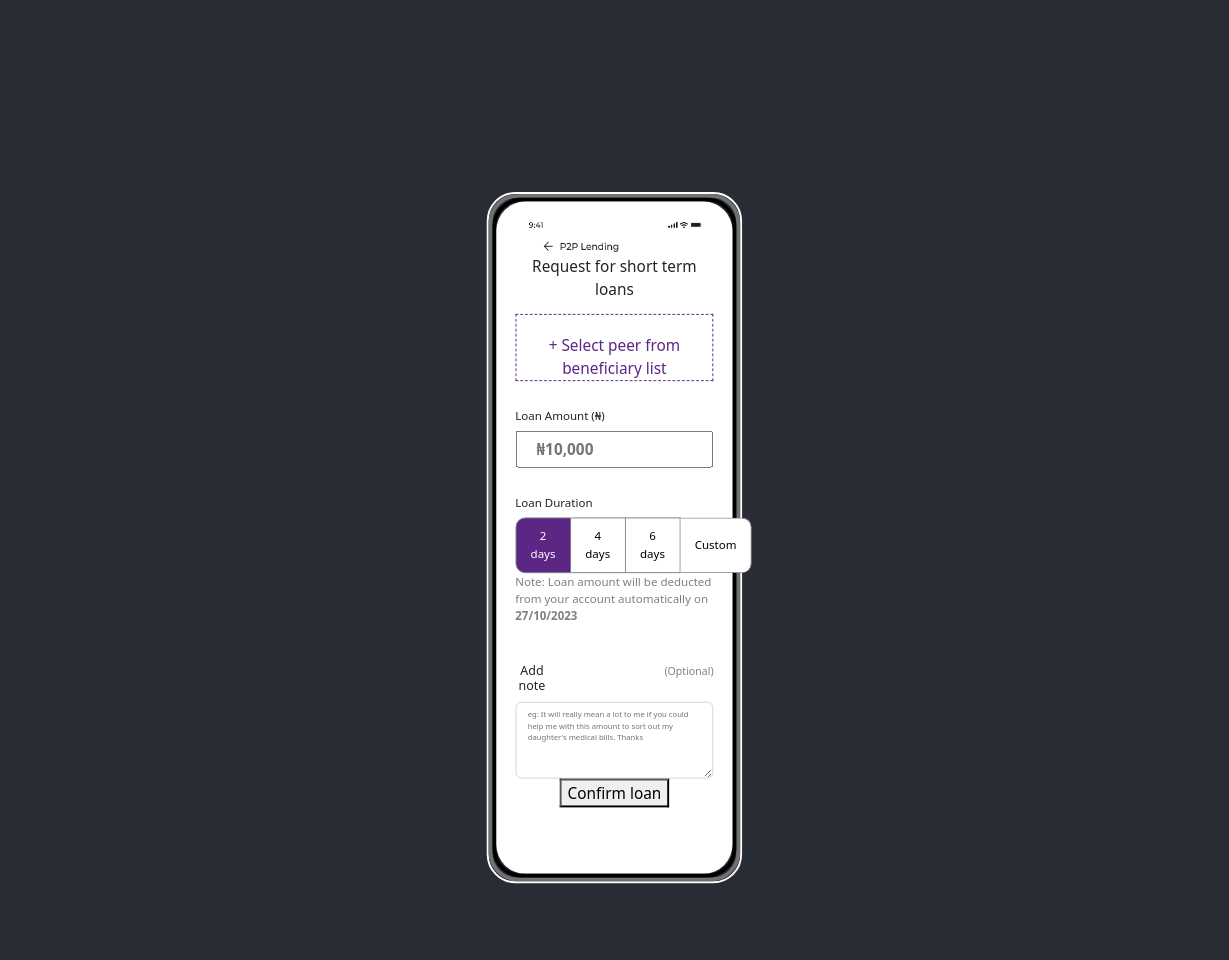
Repository: sarahnnanyelugo/fcmb-hackathon
Page: /loan-interface
An editor plug-in stored every save of this project. The page is shown before and after the next save, followed by the edit.
The browser window is 1280 px wide. The pictures show the whole page, at 96% of full size.
The project was rebuilt for these pictures with package versions that can differ from the ones it lists, and the page was loaded fresh each time. Also part of the build but not shown: src/Pages/Home.js.

Above is the page before, as saved 2023-10-28 22:17:11.

### src/App.js
import "bootstrap/dist/css/bootstrap.min.css";
import { BrowserRouter, Routes, Route, Link, Outlet } from "react-router-dom";
import Home from "./Pages/Home";
import LoanInterface from "./Pages/LoanInterface";
function App() {
  return (
    <>
      <Routes>
        <Route path="/" element={<Home />} />
        <Route path="loan-interface" element={<LoanInterface />} />
      </Routes>
    </>
  );
}
export default App;

### src/Pages/LoanInterface.js
import Top from "../assets/images/top.png";
import Back from "../assets/images/back.png";

import "./style.scss";
import { useState } from "react";
import { Link } from "react-router-dom";
import Beneficiaries from "../components/Beneficiaries";

function LoanInterface() {
  const [toDuration, setToDuration] = useState("2 days");
  function setThisDuration(curr) {
    if (curr !== toDuration) {
      setToDuration(curr);
    }
  }
  return (
    <>
      <div className="app-header">
        <center>
          <div className="col-md-3">
            <center>
              <div className="col-md-10 app">
                <div className="app-inner">
                  <div className="app-inner2">
                    <div className="app-face">
                      {" "}
                      <img src={Top} alt="icon" width="100%" />{" "}
                      <div className="col-md-12">
                        {" "}
                        <Link to={"/"} style={{ float: "left" }}>
                          {" "}
                          <img src={Back} alt="icon" width="60%" />
                        </Link>
                        <p style={{ float: "left" }}>
                          Request for short term loans
                        </p>
                      </div>
                      <div className="col-md-12">
                        {" "}
                        <Beneficiaries />
                      </div>
                      <div className="col-md-12 amount">
                        <h6 style={{ float: "left" }}>Loan Amount (₦)</h6>
                        <input placeholder="₦10,000" type="text" />
                      </div>
                      <div className="col-md-12 duration">
                        <h6 style={{ float: "left" }}>Loan Duration</h6>

                        <div className="col-md-12 flexy button-holder">
                          <button
                            onClick={() => setThisDuration("2 days")}
                            id="btn1"
                            className={` ${
                              toDuration === "2 days" ? "curr-active" : ""
                            }`}
                          >
                            2 days
                          </button>
                          <button
                            onClick={() => setThisDuration("4 days")}
                            id="btn2"
                            className={` ${
                              toDuration === "4 days" ? "curr-active" : ""
                            }`}
                          >
                            4 days
                          </button>
                          <button
                            onClick={() => setThisDuration("6 days")}
                            id="btn3"
                            className={` ${
                              toDuration === "6 days" ? "curr-active" : ""
                            }`}
                          >
                            6 days
                          </button>
                          <button
                            onClick={() => setThisDuration("Custom")}
                            id="btn4"
                            className={` ${
                              toDuration === "Custom" ? "curr-active" : ""
                            }`}
                          >
                            Custom
                          </button>
                        </div>
                        <p>
                          Note: Loan amount will be deducted from your account
                          automatically on <span> 27/10/2023</span>
                        </p>
                      </div>
                      <div className="col-md-12 remark">
                        <div className="flexy">
                          {" "}
                          <h6>Add note</h6>
                          <small className="offset-md-7">(Optional)</small>
                        </div>
                        <textarea
                          placeholder="eg: It will really mean a lot to me if you could help me with this amount to sort out my daughter's medical bills. Thanks"
                          className="form-control"
                        />
                      </div>
                      <center>
                        <button className="confirm-btn">Confirm loan</button>
                      </center>
                    </div>
                  </div>
                </div>
              </div>
            </center>
          </div>
        </center>
      </div>
    </>
  );
}

export default LoanInterface;

### src/Pages/style.scss
.app-header {
  background-color: #282c34;
  height: 1000px;
  padding-top: 200px;
  width: 100%;
}

.app {
  border: solid 2px #fff;
  height: 720px;
  border-radius: 30px;
}
.app-inner {
  border: solid 4px #717171;
  height: 100%;
  border-radius: 30px;
}
.app-inner2 {
  border: solid 4px #000;
  height: 100%;
  border-radius: 30px;
}
.app-face {
  background: #fff;
  height: 100%;
  border-radius: 30px;
  padding: 10px 20px 0px 20px;
  a {
    color: #5c2684;
    text-decoration: none;
    font-size: 12px;
    font-weight: bold;
  }
}
.flexy {
  display: flex;
}
.flexy1 {
  flex-grow: 1;
}
.balance {
  h5 {
    color: #5c2684;
    margin-bottom: 30px;
  }
  small {
    font-size: 11px;
  }
  img {
    margin-top: -10px;
  }
}
.access {
  margin-top: 50px;
  h6 {
    font-size: 12px;
    margin-top: 5px;
  }
  a {
    color: #000;
  }
}
.access2 {
  margin-top: 20px;
  margin-bottom: 20px;
  h6 {
    font-size: 12px;
    margin-top: 5px;
  }
  a {
    color: #000;
  }
}
.transactions {
  margin-top: 20px;
  h6 {
    font-size: 12px;
    margin-bottom: 0 !important;
    margin-top: 10px;
  }
  a {
    font-size: 10px;
    color: grey;
    text-decoration: none;
    margin-top: 0;
  }
}
.footer {
  border-top: solid 1px rgb(202, 201, 201);
  padding-top: 15px;
  margin-top: 10px;
  h6 {
    font-size: 11px;
  }
}
.dash {
  border-radius: 10px;
  border: solid 2px black;
  height: 2px;
}
.amount {
  margin-top: 30px;
  h6 {
    font-size: 12px;
  }
  input {
    padding: 5px 20px;
    width: 100%;
    font-weight: bold;
    color: #000 !important;
  }
}
.duration {
  margin-top: 30px;
  h6 {
    font-size: 12px;
  }
  p {
    font-size: 12px;
    color: grey;
    text-align: left;
    span {
      font-weight: bold;
    }
  }
  button {
    border: none;
    padding: 10px 15px;
    font-size: 12px;
    background: #fff;
    border-top: solid 1px grey;
    border-bottom: solid 1px grey;
  }
  #btn1 {
    border-top-left-radius: 10px;
    border-bottom-left-radius: 10px;
    border-left: solid 1px grey;
  }
  #btn4 {
    border-top-right-radius: 10px;
    border-bottom-right-radius: 10px;
  }
  #btn4,
  #btn1,
  #btn2,
  #btn3 {
    border-right: solid 1px grey;
  }
}
.curr-active {
  background: #5c2684 !important;
  color: #fff !important;
}
.remark {
  margin-top: 40px;
  h6 {
    font-size: 13px;
  }
  small {
    font-size: 11px;
    color: grey;
  }
  textarea {
    height: 80px;
    font-size: 8px;
  }
}

### src/components/Beneficiaries.js
import { useState } from "react";
import Button from "react-bootstrap/Button";
import Modal from "react-bootstrap/Modal";
import "./components.scss";
import Bank from "../assets/images/bank.png";

function Beneficiaries() {
  const [show, setShow] = useState(false);

  const handleClose = () => setShow(false);
  const handleShow = () => setShow(true);

  return (
    <>
      <div onClick={handleShow} className="beneficiary-modal">
        <p>+ Select peer from beneficiary list</p>
      </div>
      <Modal
        show={show}
        onHide={handleClose}
        size="sm"
        aria-labelledby="contained-modal-title-vcenter"
        centered
      >
        <Modal.Header closeButton>
          <Modal.Title>
            <h6>Select Peer</h6>
          </Modal.Title>
        </Modal.Header>
        <Modal.Body>
          <div className="col-md-12 modal-inside">
            <form>
              <input type="search" placeholder="search" />
            </form>
            <div className="flexy">
              {" "}
              <div className="col-md-2">
                {" "}
                <img src={Bank} alt="icon" width="80%" />
              </div>
              <div>
                <h6>Team 1</h6>
                <p>Second Bank</p>
              </div>
            </div>
            <div className="flexy">
              {" "}
              <div className="col-md-2">
                {" "}
                <img src={Bank} alt="icon" width="80%" />
              </div>
              <div>
                <h6>Account name4</h6>
                <p>Bank name4</p>
              </div>
            </div>
            <div className="flexy">
              {" "}
              <div className="col-md-2">
                {" "}
                <img src={Bank} alt="icon" width="80%" />
              </div>
              <div>
                <h6>Account name3</h6>
                <p>Bank name3</p>
              </div>
            </div>
            <center>
              <a href="#">View more</a>
            </center>
          </div>
        </Modal.Body>
      </Modal>
    </>
  );
}

export default Beneficiaries;

### src/components/components.scss
.beneficiary-modal {
  height: 70px;
  width: 100%;
  border: dashed 1px #5c2684;
  margin-top: 80px;
  color: #5c2684;
  padding-top: 20px;
}
// .modal-body {
//   border: none !important;
// }
.modal-inside {
  input {
    margin-bottom: 30px;
    border: solid 1px rgb(215, 213, 213);
    width: 100%;
    padding: 5px 20px;
  }
  img {
    border-radius: 50%;
  }
  h6 {
    font-size: 13px;
    margin-bottom: 0 !important;
  }
  p {
    font-size: 11px;
  }
  a {
    color: #5c2684;
    font-size: 11px;
    font-weight: bold;
    text-decoration: none;
  }
}

Loaded but not shown: public/index.html (common file); src/index.js (common file); src/index.css (common file); src/reportWebVitals.js (common file)

After the next save:
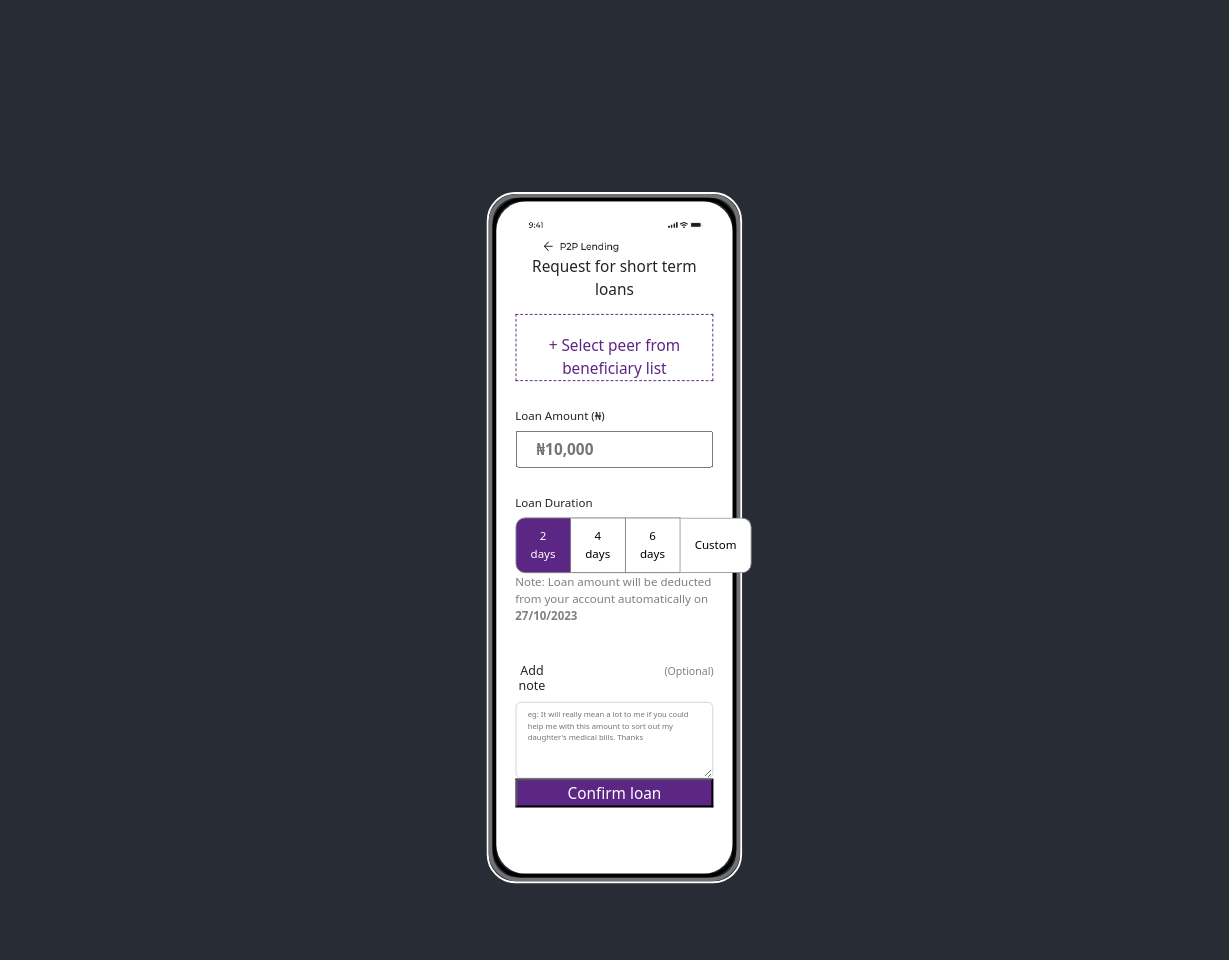
Saved 62 s later.
--- a/src/Pages/style.scss
+++ b/src/Pages/style.scss
@@ -165,3 +165,8 @@
     font-size: 8px;
   }
 }
+.confirm-btn {
+  background: #5c2684;
+  color: #fff;
+  width: 100%;
+}
